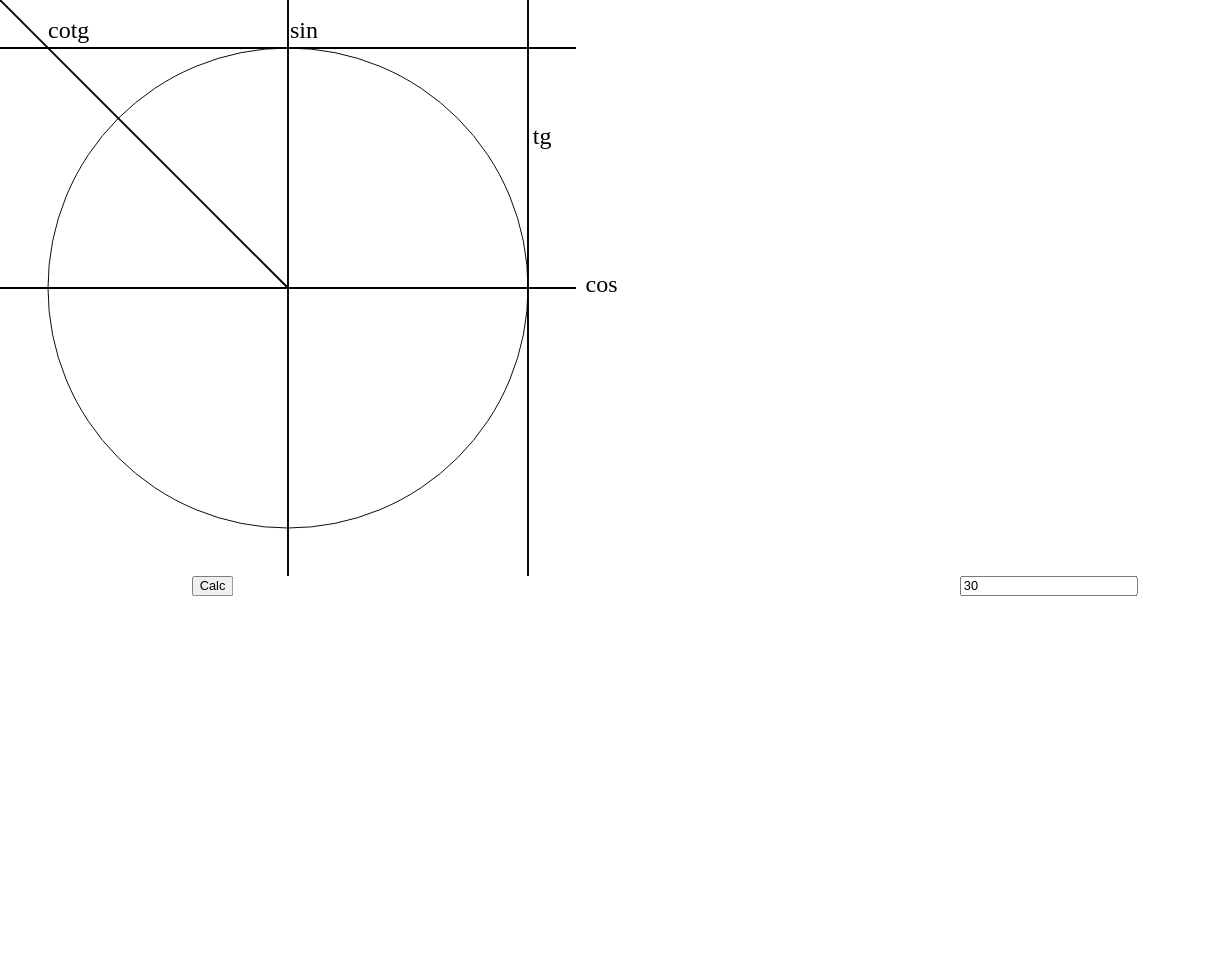
Repository: BraynStorm/braynstorm.github.io
Page: http://localhost/
An editor plug-in stored every save of this project. The page is shown before and after the next save, followed by the edit.
The browser window is 1280 px wide. The pictures show the whole page, at 96% of full size.
The page is run by PHP 8.4 with error messages shown; the project is at /var/www/html/.

Above is the page before, as saved 2015-02-24 12:52:09.

After the next save:
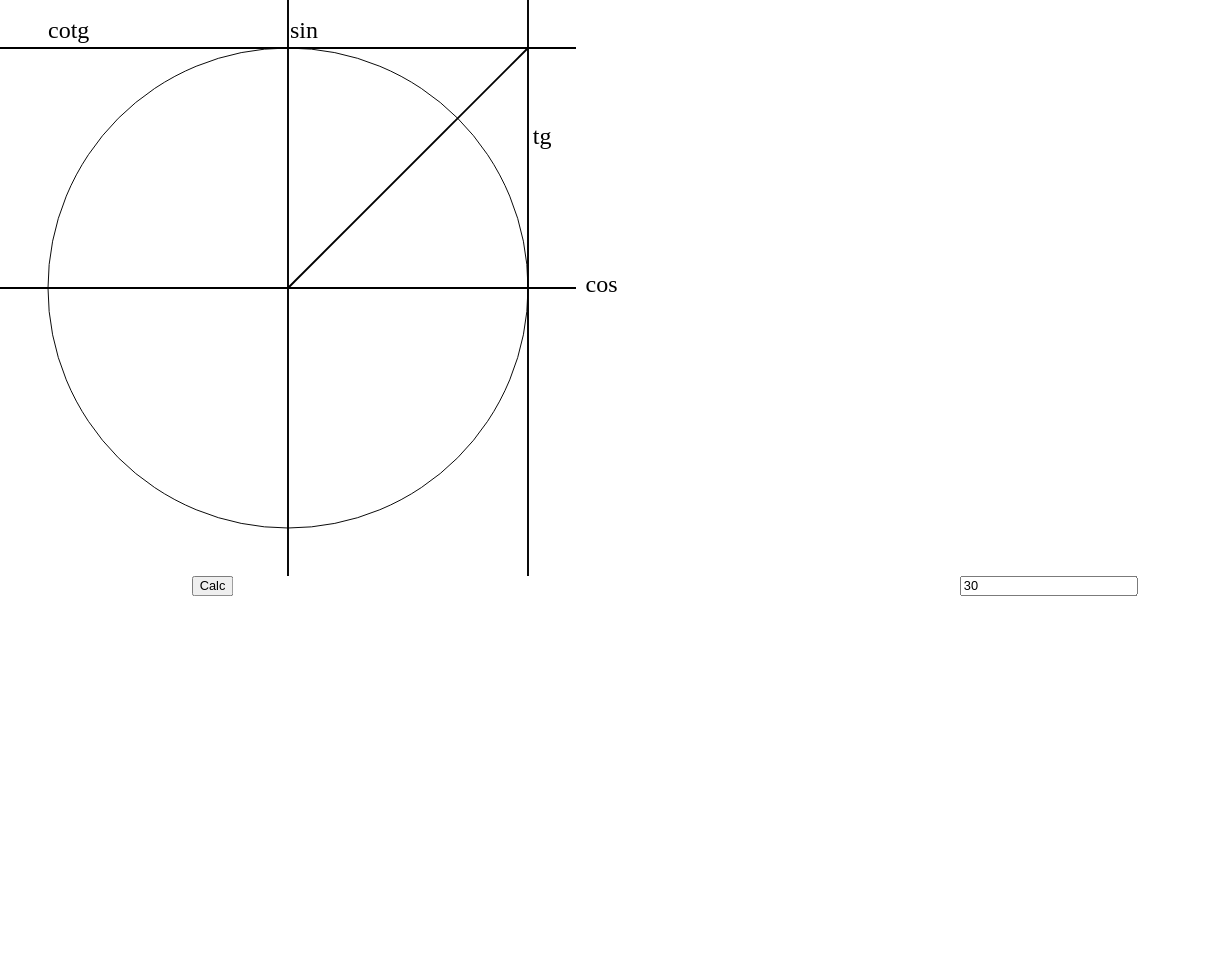
Saved 50 s later.
--- a/JSDrawing/js/swgDrawing.js
+++ b/JSDrawing/js/swgDrawing.js
@@ -8,23 +8,25 @@ $(document).ready(function (){
 	var x = radius*2+50;
 	var y = radius+50;
 
-	$("#stupid").click(function (){
-		while(angle != toAngle){
-			var k = 0;
-			if(angle-toAngle > 0){
-				k = -1;
-			}else if (angle-toAngle > 0){
-				k = 1;
-			}
+	var interval = setInterval(animateAngle, 100);
 
-			angle += k;
-			x = 300 + Math.cos(radians) * radius;
-			y = 50 + Math.sin(radians) * radius;
+	function animateAngle(){
+		var k = 0;
+		if(angle-toAngle > 0){
+			k = -1;
+		}else if (angle-toAngle > 0){
+			k = 1;
+		}else{
+
+		}
+
+		angle += k;
+		x = 300 + Math.cos(radians) * radius;
+		y = 50 + Math.sin(radians) * radius;
 
 
-			document.getElementById("angle").setAttributeNS(null, "x2", x);
-			document.getElementById("angle").setAttributeNS(null, "y2", y);
-		}
-	});
+		document.getElementById("angle").setAttributeNS(null, "x2", x);
+		document.getElementById("angle").setAttributeNS(null, "y2", y);
+	}
 
 });
